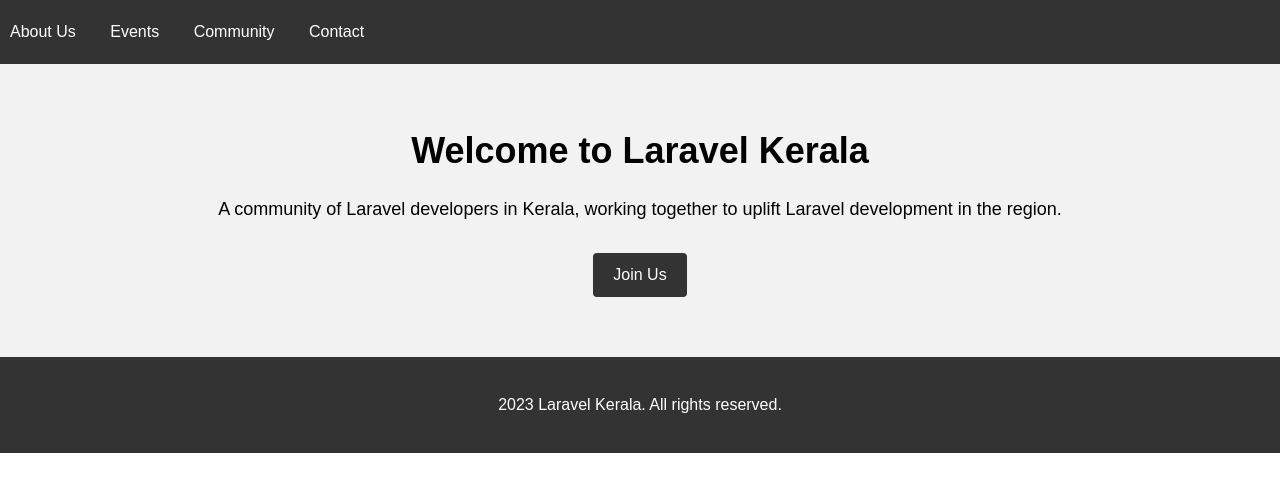
Repository: nanduldas/laravelkerala
Page: index.html
The author's editor kept a copy of each file at every save. The page is drawn from the files as they stood at one save, then again after a run of saves.
The browser window is 1280 px wide. The pictures show the whole page.

Above is the page before, as saved 2023-07-08 12:50:13.

After the next 3 saves:
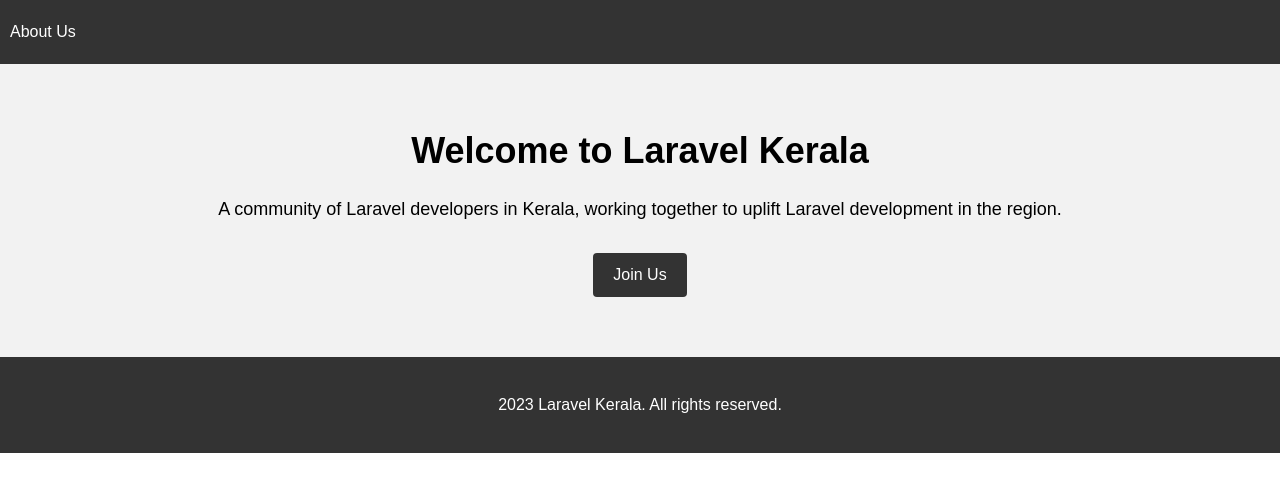
The 3 saves are shown as one change because they came seconds apart.
The last was saved 22 s later.
--- a/index.html
+++ b/index.html
@@ -10,9 +10,9 @@
         <nav>
             <ul>
                 <li><a href="#about">About Us</a></li>
-                <li><a href="#events">Events</a></li>
+                <!-- <li><a href="#events">Events</a></li>
                 <li><a href="#community">Community</a></li>
-                <li><a href="#contact">Contact</a></li>
+                <li><a href="#contact">Contact</a></li> -->
             </ul>
         </nav>
     </header>
